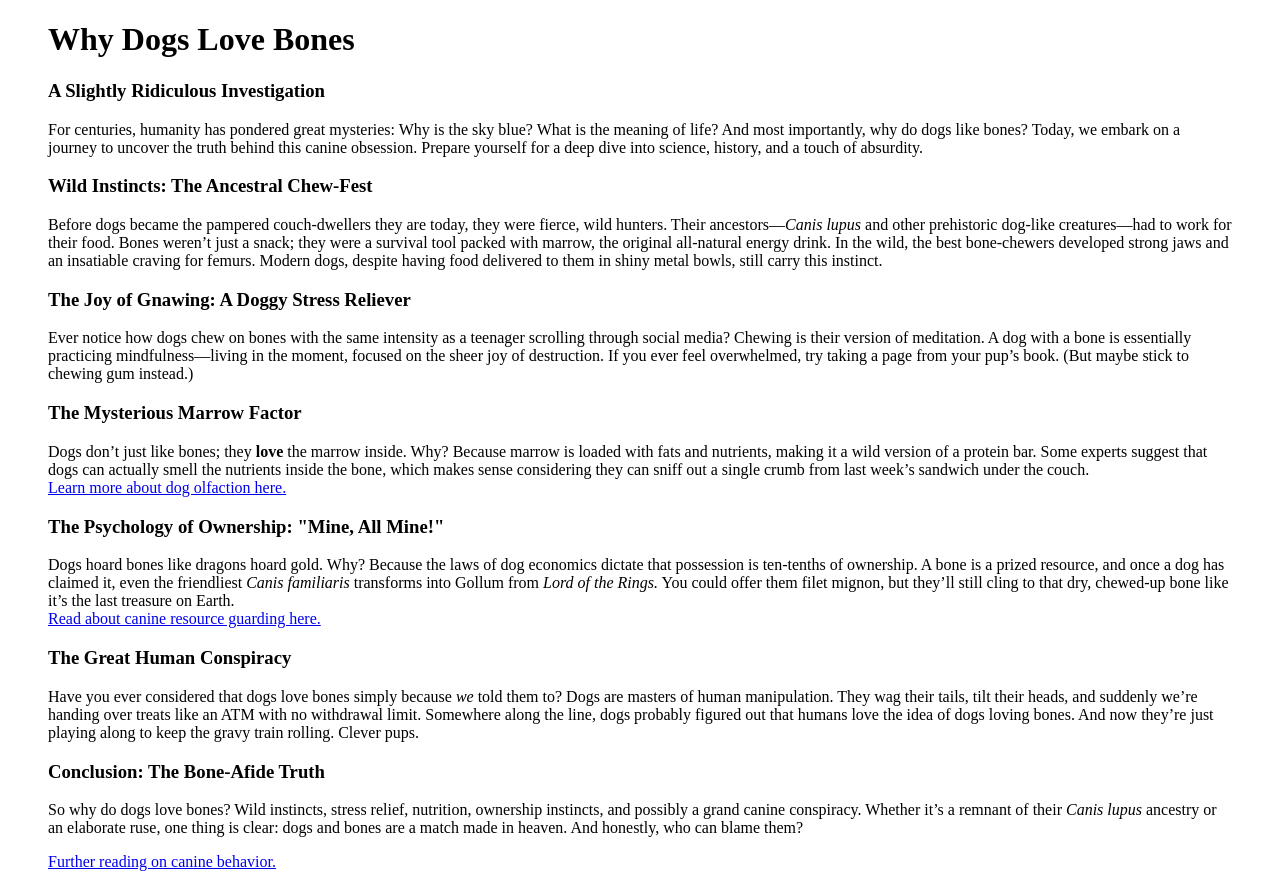
Repository: Leith-vdl/apprentice-challenge-1
Page: index.html
The author's editor kept a copy of each file at every save. The page is drawn from the files as they stood at one save, then again after the next save.
The browser window is 1280 px wide. The pictures show the whole page.

Above is the page before, as saved 2025-01-31 15:12:59.

After the next save:
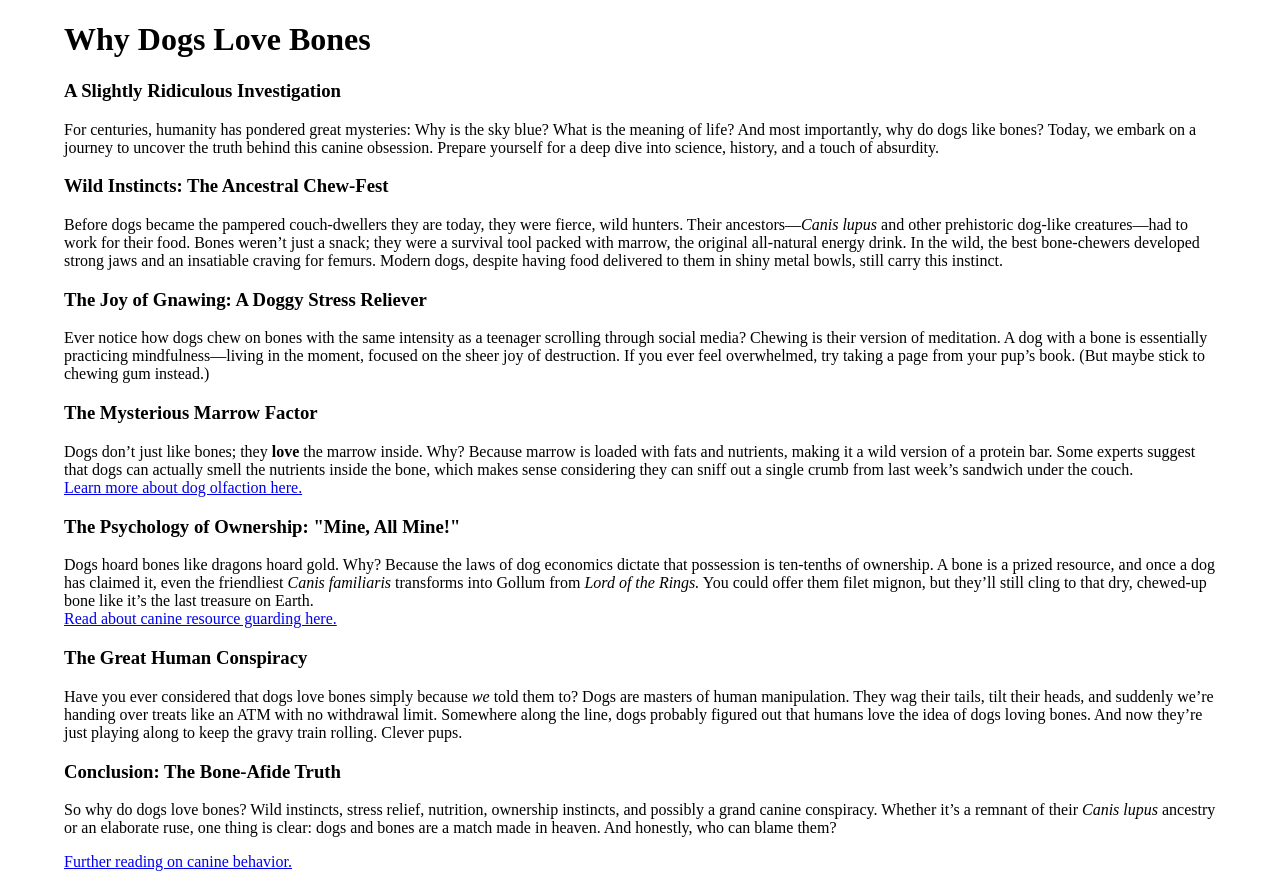
Saved 29 s later.
--- a/styles/styles.css
+++ b/styles/styles.css
@@ -1,5 +1,5 @@
 body {
-    margin: 0.5em 3em;
+    margin: 0.5em 4em;
 }
 
 .page-header-title {
